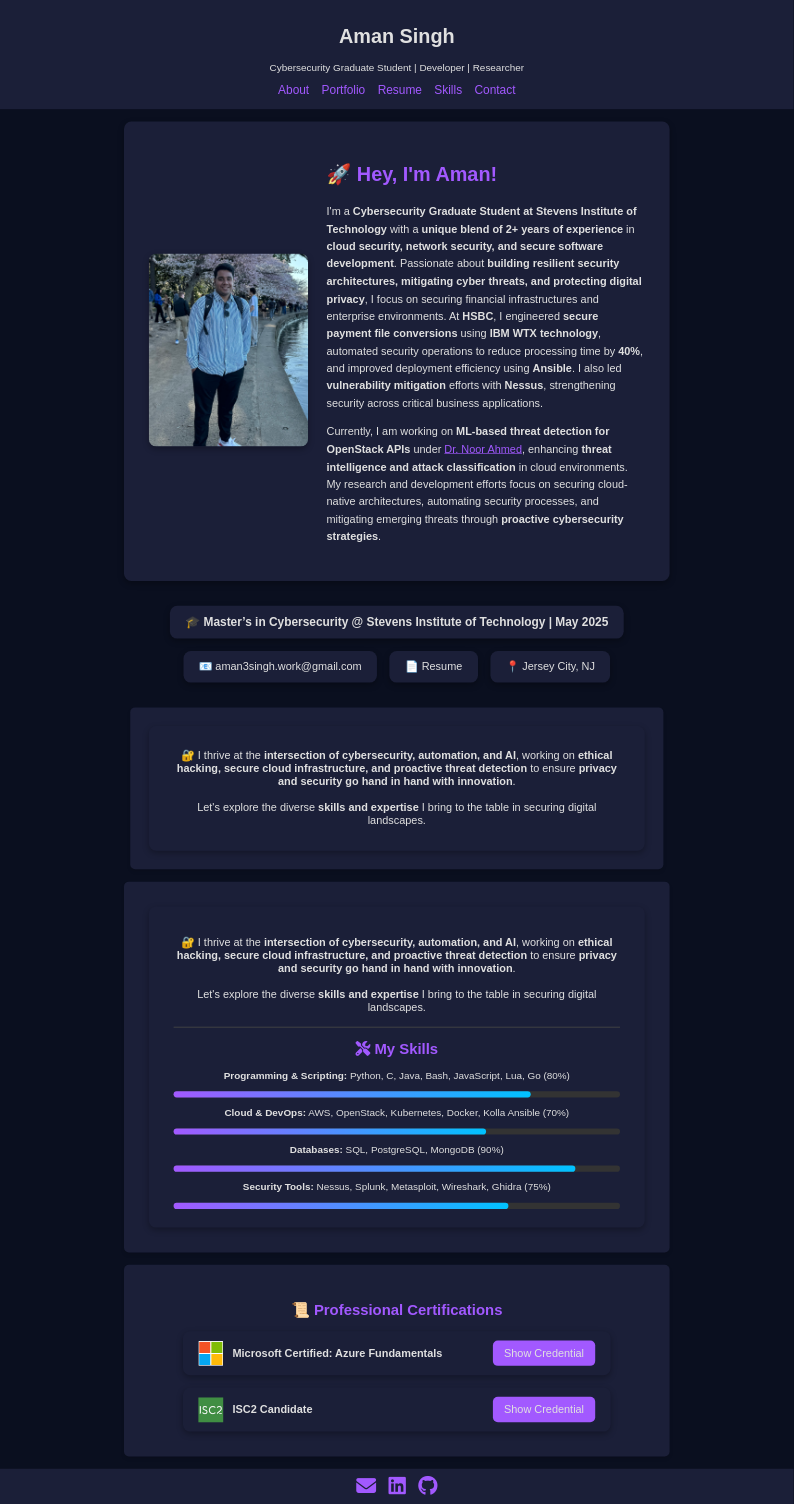
Repository: aman3singh/portfolio
Page: index.html
These files come from the project's save history. The page is drawn as it stood at one moment and after the next save; the edit follows.
The browser window is 1280 px wide. The pictures show the whole page, at 62% of full size.

Above is the page before, as saved 2025-02-11 23:43:36.

### index.html
<!DOCTYPE html>
<html lang="en">
<head>
    <meta charset="UTF-8">
    <meta name="viewport" content="width=device-width, initial-scale=1.0">
    <title>Aman Singh | Cybersecurity Portfolio</title>
    <link rel="stylesheet" href="styles.css">
    <link rel="stylesheet" href="https://cdnjs.cloudflare.com/ajax/libs/font-awesome/6.4.2/css/all.min.css">
</head>
<body>
    <header>
        <h1>Aman Singh</h1>
        <p>Cybersecurity Graduate Student | Developer | Researcher</p>
        <nav>
            <a href="#about">About</a>
            <a href="portfolio.html">Portfolio</a>
            <a href="resume.html">Resume</a>
            <a href="#skills">Skills</a>
            <a href="#contact">Contact</a>
        </nav>
    </header>

    <section id="about" style="display: flex; align-items: center; gap: 30px; padding: 40px;">
        <div style="flex: 1; text-align: center;">
            <img src="Aman.jpg" alt="Aman Singh" style="width: 100%; max-width: 400px; border-radius: 12px; box-shadow: 0px 4px 10px rgba(0, 0, 0, 0.3);">
        </div>
        <div style="flex: 2;">
            <h2 style="color: #A259FF;">🚀 Hey, I'm Aman!</h2>
            <p>
                I'm a <b>Cybersecurity Graduate Student at Stevens Institute of Technology</b> with a <b>unique blend of 2+ years of experience</b> in <b>cloud security, network security, and secure software development</b>. Passionate about <b>building resilient security architectures, mitigating cyber threats, and protecting digital privacy</b>, I focus on securing financial infrastructures and enterprise environments. At <b>HSBC</b>, I engineered <b>secure payment file conversions</b> using <b>IBM WTX technology</b>, automated security operations to reduce processing time by <b>40%</b>, and improved deployment efficiency using <b>Ansible</b>. I also led <b>vulnerability mitigation</b> efforts with <b>Nessus</b>, strengthening security across critical business applications.
            </p>
            <p>
                Currently, I am working on <b>ML-based threat detection for OpenStack APIs</b> under <a href="https://scholar.google.com/citations?user=zchOfB4AAAAJ&hl=en" target="_blank" style="color: #A259FF;">Dr. Noor Ahmed</a>, enhancing <b>threat intelligence and attack classification</b> in cloud environments. My research and development efforts focus on securing cloud-native architectures, automating security processes, and mitigating emerging threats through <b>proactive cybersecurity strategies</b>.
            </p>
        </div>
    </section>

    <div style="display: flex; flex-direction: column; align-items: center; text-align: center; gap: 20px; padding: 20px;">
        <div style="background-color: #1B1F38; padding: 15px 25px; border-radius: 12px; font-size: 1.2em; box-shadow: 0px 4px 10px rgba(0, 0, 0, 0.3);">
            🎓 <b>Master’s in Cybersecurity @ Stevens Institute of Technology | May 2025</b>
        </div>
        <div style="display: flex; gap: 20px;">
            <div style="background-color: #1B1F38; padding: 15px 25px; border-radius: 12px; font-size: 1.1em; box-shadow: 0px 4px 10px rgba(0, 0, 0, 0.3);">
                📧 <a href="mailto:aman3singh.work@gmail.com" style="color: #E0E0E0; text-decoration: none;">aman3singh.work@gmail.com</a>
            </div>
            <div style="background-color: #1B1F38; padding: 15px 25px; border-radius: 12px; font-size: 1.1em; box-shadow: 0px 4px 10px rgba(0, 0, 0, 0.3);">
                📄 <a href="resume.html" style="color: #E0E0E0; text-decoration: none;">Resume</a>
            </div>
            <div style="background-color: #1B1F38; padding: 15px 25px; border-radius: 12px; font-size: 1.1em; box-shadow: 0px 4px 10px rgba(0, 0, 0, 0.3);">
                📍 Jersey City, NJ
            </div>
        </div>
    </div>

    <section id="focus-areas" style="padding: 30px; display: flex; justify-content: center;">
        <div style="background-color: #1B1F38; padding: 20px 30px; border-radius: 12px; max-width: 800px; text-align: center; box-shadow: 0px 4px 10px rgba(0, 0, 0, 0.3);">
            <p style="color: #E0E0E0; font-size: 1.1em;">
                🔐 I thrive at the <b>intersection of cybersecurity, automation, and AI</b>, working on <b>ethical hacking, secure cloud infrastructure, and proactive threat detection</b> to ensure <b>privacy and security go hand in hand with innovation</b>.<br><br>
                Let's explore the diverse <b>skills and expertise</b> I bring to the table in securing digital landscapes.
            </p>
        </div>
    </section>

    <section id="focus-skills" style="padding: 40px; display: flex; justify-content: center;">
        <div style="background-color: #1B1F38; padding: 30px 40px; border-radius: 12px; max-width: 800px; text-align: center; box-shadow: 0px 4px 10px rgba(0, 0, 0, 0.3);">
            <p style="color: #E0E0E0; font-size: 1.1em;">
                🔐 I thrive at the <b>intersection of cybersecurity, automation, and AI</b>, working on <b>ethical hacking, secure cloud infrastructure, and proactive threat detection</b> to ensure <b>privacy and security go hand in hand with innovation</b>.<br><br>
                Let's explore the diverse <b>skills and expertise</b> I bring to the table in securing digital landscapes.
            </p>
            <hr style="border: 0.5px solid #444; margin: 20px 0;">
            <h2 style="color: #A259FF;"><i class="fas fa-tools"></i> My Skills</h2>
            <div class="skills-container" style="max-width: 800px; margin: 0 auto;">
                <div class="skill">
                    <p><b>Programming & Scripting:</b> Python, C, Java, Bash, JavaScript, Lua, Go (80%)</p>
                    <div class="progress-bar" style="width: 100%; background-color: #333; border-radius: 5px;">
                        <div style="width: 80%; height: 10px; background: linear-gradient(to right, #A259FF, #00C2FF); border-radius: 5px;"></div>
                    </div>
                </div>
                <div class="skill">
                    <p><b>Cloud & DevOps:</b> AWS, OpenStack, Kubernetes, Docker, Kolla Ansible (70%)</p>
                    <div class="progress-bar" style="width: 100%; background-color: #333; border-radius: 5px;">
                        <div style="width: 70%; height: 10px; background: linear-gradient(to right, #A259FF, #00C2FF); border-radius: 5px;"></div>
                    </div>
                </div>
                <div class="skill">
                    <p><b>Databases:</b> SQL, PostgreSQL, MongoDB (90%)</p>
                    <div class="progress-bar" style="width: 100%; background-color: #333; border-radius: 5px;">
                        <div style="width: 90%; height: 10px; background: linear-gradient(to right, #A259FF, #00C2FF); border-radius: 5px;"></div>
                    </div>
                </div>
                <div class="skill">
                    <p><b>Security Tools:</b> Nessus, Splunk, Metasploit, Wireshark, Ghidra (75%)</p>
                    <div class="progress-bar" style="width: 100%; background-color: #333; border-radius: 5px;">
                        <div style="width: 75%; height: 10px; background: linear-gradient(to right, #A259FF, #00C2FF); border-radius: 5px;"></div>
                    </div>
                </div>
            </div>
        </div>
    </section>

    <section id="certifications" style="padding: 40px; text-align: center;">
        <h2 style="color: #A259FF;">📜 Professional Certifications</h2>
        <div style="display: flex; flex-direction: column; align-items: center; gap: 20px;">
            <div style="background-color: #1B1F38; padding: 15px 25px; border-radius: 12px; font-size: 1.1em; width: 80%; display: flex; align-items: center; justify-content: space-between; box-shadow: 0px 4px 10px rgba(0, 0, 0, 0.3);">
                <div style="display: flex; align-items: center; gap: 15px;">
                    <img src="microsoft_logo.svg" alt="Microsoft Logo" style="height: 40px;">
                    <b>Microsoft Certified: Azure Fundamentals</b>
                </div>
                <a href="https://learn.microsoft.com/en-us/users/amansingh-1923/credentials/2ef5697650f7d138?ref=https%3A%2F%2Fwww.linkedin.com%2F" target="_blank" class="credential-button">Show Credential</a>
            </div>
            <div style="background-color: #1B1F38; padding: 15px 25px; border-radius: 12px; font-size: 1.1em; width: 80%; display: flex; align-items: center; justify-content: space-between; box-shadow: 0px 4px 10px rgba(0, 0, 0, 0.3);">
                <div style="display: flex; align-items: center; gap: 15px;">
                    <img src="isc2_logo.jpg" alt="ISC2 Logo" style="height: 40px;">
                    <b>ISC2 Candidate</b>
                </div>
                <a href="https://www.credly.com/badges/34d270c8-7299-4ed3-a625-0a13da7394b7/linked_in_profile" target="_blank" class="credential-button">Show Credential</a>
            </div>
        </div>
    </section>

    <footer>
            <div class="social-links" style="display: flex; gap: 20px; font-size: 2rem;">
                <a href="mailto:aman3singh.work@gmail.com" target="_blank">
                    <i class="fa-solid fa-envelope"></i>
                </a>
                <a href="https://www.linkedin.com/in/aman-singh7/" target="_blank">
                    <i class="fa-brands fa-linkedin"></i>
                </a>
                <a href="https://github.com/aman3singh" target="_blank">
                    <i class="fa-brands fa-github"></i>
                </a>
            </div>
    </footer>
</body>
</html>

### styles.css
body {
    font-family: 'Arial', sans-serif;
    margin: 0;
    padding: 0;
    background-color: #0A0F1F;
    color: #E0E0E0;
}

header {
    background-color: #1B1F38;
    color: 	#E0E0E0;
    text-align: center;
    padding: 20px;
}

nav {
    display: flex;
    justify-content: center;
    gap: 20px;
}

nav a {
    color: #A259FF;
    text-decoration: none;
    font-size: 1.2em;
    transition: color 0.3s;
}

nav a:hover {
    color: #00E5FF;
}

section {
    padding: 20px;
    margin: 20px auto;
    max-width: 800px;
    background: #1B1F38;
    box-shadow: 0px 4px 6px rgba(0, 0, 0, 0.1);
    border-radius: 8px;
}

h2 {
    color: #A259FF;
}
#about {
    display: flex;
    align-items: center;
    gap: 30px;
    padding: 40px;
    background-color: #1B1F38;
    border-radius: 12px;
    box-shadow: 0px 4px 10px rgba(0, 0, 0, 0.3);
}

#about img {
    width: 100%;
    max-width: 300px;
    border-radius: 12px;
    box-shadow: 0px 4px 10px rgba(0, 0, 0, 0.3);
}

#about h2 {
    color: #A259FF;
    font-size: 2em;
}

#about p {
    color: #E0E0E0;
    font-size: 1.1em;
    line-height: 1.6;
}
#resume-container {
    display: flex;
    justify-content: center;
    align-items: center;
    min-height: 100vh;
    background-color: #0A0F1F; /* Match with your theme */
    padding-bottom: 0; /* Ensures no extra padding */
    overflow: hidden; /* Prevents extra scrolling */
}

#resume-container iframe {
    width: 80%;
    height: 100vh; /* Make it take full viewport height */
    border: none;
    background-color: transparent;
}

.project {
    border-left: 4px solid #A259FF;
    padding-left: 10px;
    margin-bottom: 15px;
}

.social-links {
    display: flex;
    justify-content: center;
    gap: 15px;
    font-size: 2rem;
}

.social-links a {
    color: #A259FF;
    transition: color 0.3s;
}

.social-links a:hover {
    color: #00E5FF;
}
.credential-button {
    color: #E0E0E0;
    text-decoration: none;
    background-color: #A259FF;
    padding: 10px 18px;
    border-radius: 8px;
    font-size: 1em;
    transition: background-color 0.3s ease-in-out;
    display: flex;
    align-items: center;
    justify-content: center;
}

.credential-button:hover {
    background-color: #00E5FF;
}

footer {
    text-align: center;
    padding: 10px;
    background-color: #1B1F38;
    color: #E0E0E0;
}

After the next save:
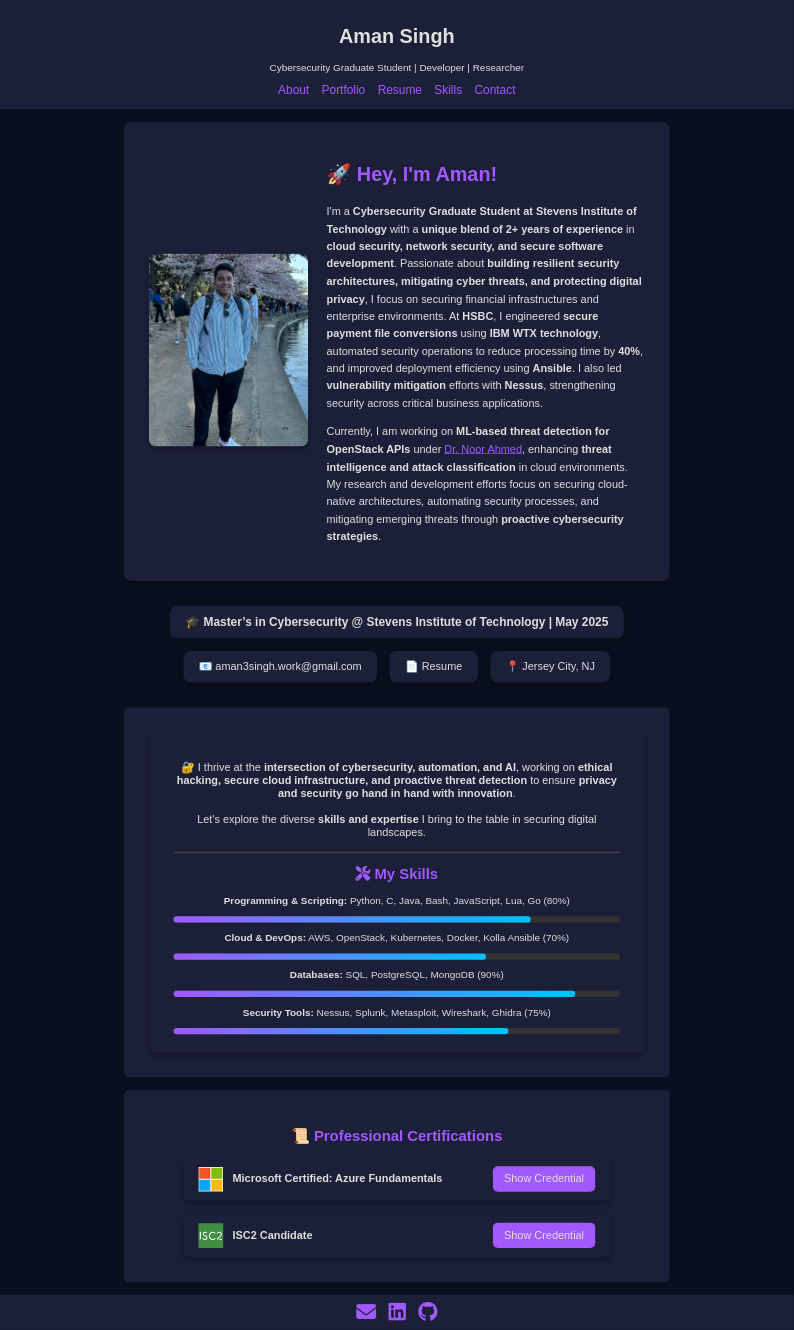
Saved 42 s later.
--- a/index.html
+++ b/index.html
@@ -51,15 +51,6 @@
             </div>
         </div>
     </div>
-
-    <section id="focus-areas" style="padding: 30px; display: flex; justify-content: center;">
-        <div style="background-color: #1B1F38; padding: 20px 30px; border-radius: 12px; max-width: 800px; text-align: center; box-shadow: 0px 4px 10px rgba(0, 0, 0, 0.3);">
-            <p style="color: #E0E0E0; font-size: 1.1em;">
-                🔐 I thrive at the <b>intersection of cybersecurity, automation, and AI</b>, working on <b>ethical hacking, secure cloud infrastructure, and proactive threat detection</b> to ensure <b>privacy and security go hand in hand with innovation</b>.<br><br>
-                Let's explore the diverse <b>skills and expertise</b> I bring to the table in securing digital landscapes.
-            </p>
-        </div>
-    </section>
 
     <section id="focus-skills" style="padding: 40px; display: flex; justify-content: center;">
         <div style="background-color: #1B1F38; padding: 30px 40px; border-radius: 12px; max-width: 800px; text-align: center; box-shadow: 0px 4px 10px rgba(0, 0, 0, 0.3);">
